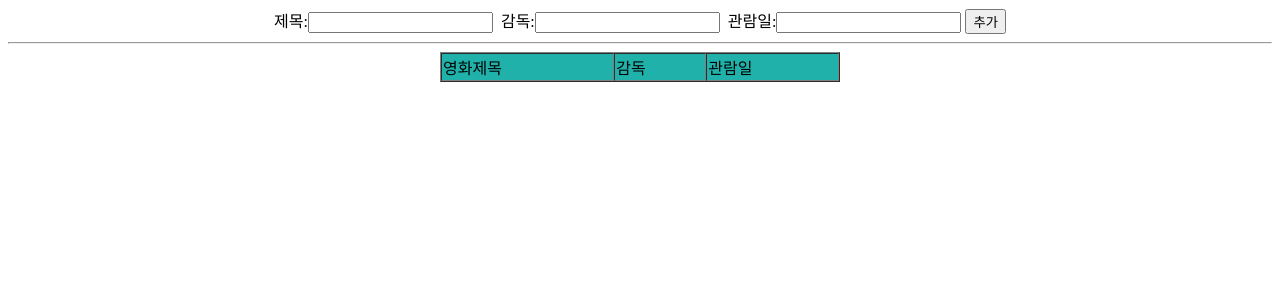
Repository: LeeHyeSu/JSP
Page: http://localhost/Practice33/Movie.jsp
These files come from the project's save history. The page is drawn as it stood at one moment and after the next save; the edit follows.
The browser window is 1280 px wide. The pictures show the whole page.
The page is served by Tomcat 9.

Above is the page before, as saved 2017-11-25 06:30:18.

After the next save:
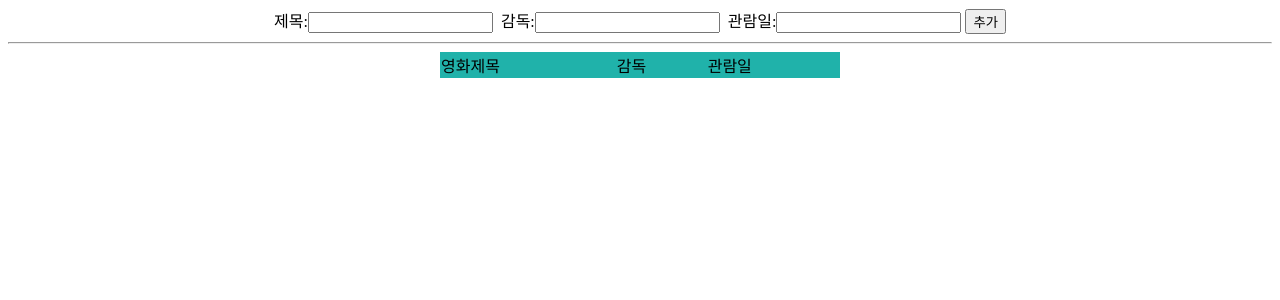
Saved 92 s later.
--- a/Practice33/WebContent/Movie.jsp
+++ b/Practice33/WebContent/Movie.jsp
@@ -27,7 +27,7 @@
 </form>
 
 <hr>
-<table border="1" align="center" width="400" cellspacing="0">
+<table style="border=1px solid" align="center" width="400" cellspacing="0">
 	<tr bgcolor="#20B2AA">
 	<td>영화제목</td><td>감독</td><td>관람일</td>
 	</tr>
